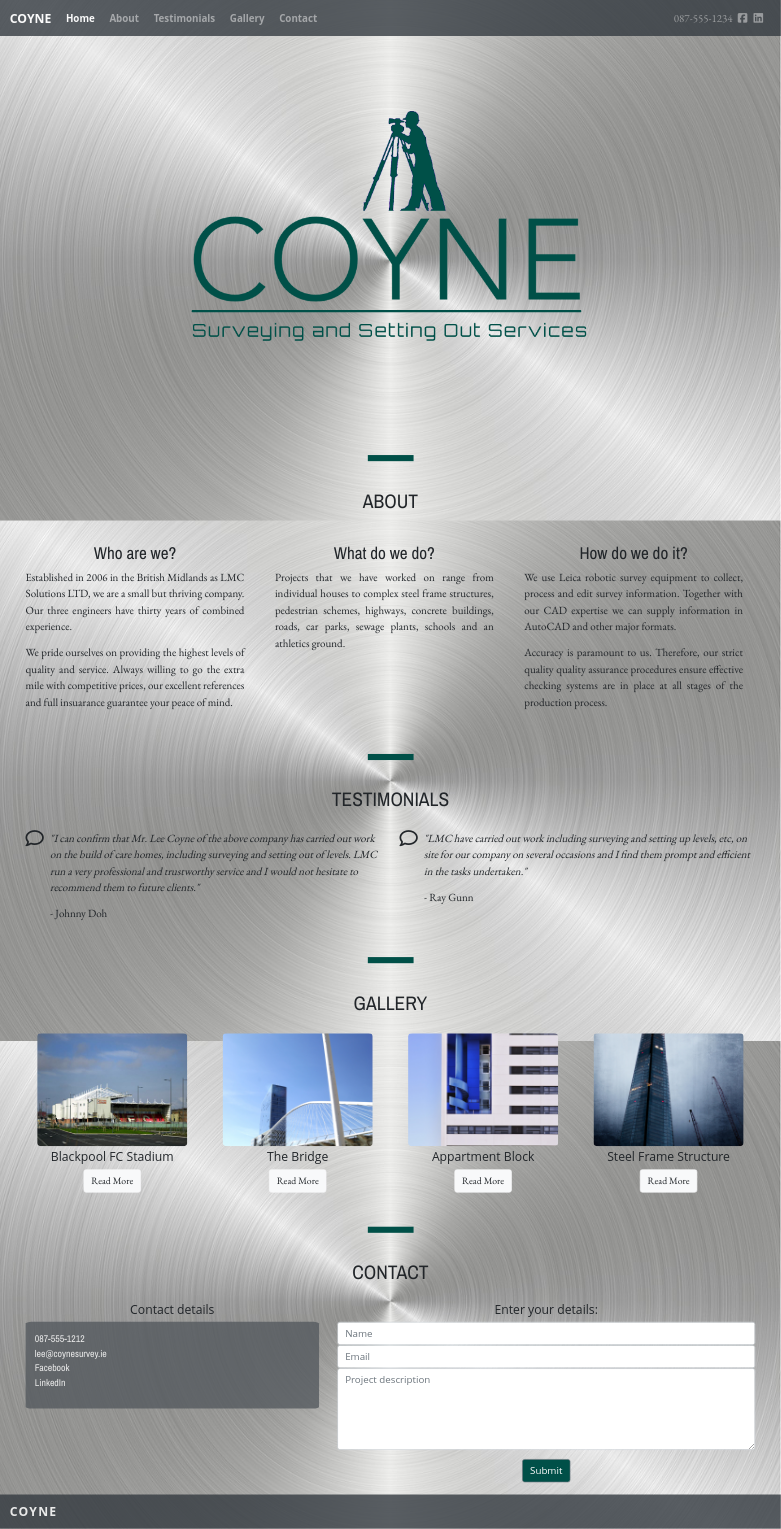
Repository: Leo-Cullen/first-milestone-project
Page: index.html
The author's editor kept a record of every edit. The page is drawn from the files as they stood at one moment, then again after the next edit.
The browser window is 1280 px wide. The pictures show the whole page, at 61% of full size.
Backgrounds fixed to the window are drawn as part of the page. Some web libraries are served in a nearby version.

Above is the page before.

### index.html
<!DOCTYPE html>
<html lang="en">

<head>
    <meta charset="UTF-8">
    <meta name="viewport" content="width=device-width, initial-scale=1.0">
    <meta http-equiv="X-UA-Compatible" content="ie=edge">
    <link rel="stylesheet" href="https://stackpath.bootstrapcdn.com/bootstrap/4.3.1/css/bootstrap.min.css" integrity="sha384-ggOyR0iXCbMQv3Xipma34MD+dH/1fQ784/j6cY/iJTQUOhcWr7x9JvoRxT2MZw1T" crossorigin="anonymous">
    <link href="https://fonts.googleapis.com/css?family=Archivo+Narrow|EB+Garamond&display=swap" rel="stylesheet">
    <link rel="stylesheet" href="assets/css/style.css" type="text/css" />
    <title>Coyne | Surveying and setting out services</title>
    <script src="https://kit.fontawesome.com/c525f812d6.js"></script>
</head>

<body>

    <nav class="navbar top-navbar navbar-expand-sm navbar-dark bg-dark fixed-top">
        <a class="navbar-brand" href="#"> COYNE </a>

        <button class="navbar-toggler" type="button" data-toggle="collapse" data-target="#navbarNav" aria-controls="navbarNav" aria-expanded="false" aria-label="Toggle navigation">
            <span class="navbar-toggler-icon"></span>
        </button>
        <div class="collapse navbar-collapse" id="navbarNav">
            <ul class="navbar-nav mr-auto">
                <li class="nav-item active">
                    <a class="active nav-link mr-2" href="#">Home <span class="sr-only">(current)</span></a>
                </li>
                <li class="nav-item mr-2">
                    <a class="nav-link" href="#about">About</a>
                </li>
                <li class="nav-item mr-2">
                    <a class="nav-link" href="#testimonials">Testimonials</a>
                </li>
                <li class="nav-item mr-2">
                    <a class="nav-link" href="#gallery-anchor">Gallery</a>
                </li>
                <li class="nav-item mr-2">
                    <a class="nav-link" href="#contact">Contact</a>
                </li>
            </ul>
            <div class="d-none d-md-block">
                <p class="navbar-text my-auto mr-2">087-555-1234 <i class="fab fa-facebook-square icon"></i><i class="fab fa-linkedin icon"></i></p>
            </div>
        </div>
    </nav>

    <div class="container-fluid  splash-container">
        <div class="row">
            <div class="col-12">
                <section class="splash jumbotron">
                    <img src="assets/images/coyne-logo.png" width="100%" height="100%" style="margin-top:100px" />
                    <!--  -->
                </section>
            </div>
        </div>
    </div>

    <div class="container-fluid about-container content-container">
        <!-- About section -->
        <hr id="about" />
        <section class="about-section">
            <div class="row">
                <div class="col-12 page-header">
                    <h2 class="text-uppercase section-heading">About</h2>
                </div>
            </div>
            <div class="row">
                <div class="col-12 col-md-6 col-lg-4">
                    <div class="about-col">
                        <h3 class="about-heading">Who are we?</h3>
                        <p>Established in 2006 in the British Midlands as LMC Solutions LTD, we are a small but thriving company. Our three engineers have thirty years of combined experience.</p>
                        <p>We pride ourselves on providing the highest levels of quality and service. Always willing to go the extra mile with competitive prices, our excellent references and full insuarance guarantee your peace of mind.</p>
                    </div>
                </div>
                <div class="col-12 col-md-6 col-lg-4">
                    <div class="about-col">
                        <h3 class="about-heading">What do we do?</h3>
                        <p>Projects that we have worked on range from individual houses to complex steel frame structures, pedestrian schemes, highways, concrete buildings, roads, car parks, sewage plants, schools and an athletics ground.</p>
                    </div>
                </div>
                <div class="col-12 col-md-6 col-lg-4">
                    <div class="about-col">
                        <h3 class="about-heading">How do we do it?</h3>
                        <p>We use Leica robotic survey equipment to collect, process and edit survey information. Together with our CAD expertise we can supply information in AutoCAD and other major formats.</p>
                        <p>Accuracy is paramount to us. Therefore, our strict quality quality assurance procedures ensure effective checking systems are in place at all stages of the production process.</p>
                    </div>
                </div>
            </div>
        </section>
        <!-- / About section -->
    </div>
    <!-- / About container -->

    <div class="container-fluid testimonials-container content-container">
        <!-- Testimonials section -->
        <hr id="testimonials" />
        <section class="testimonials">
            <div class="row">
                <div class="col-12 page-header">
                    <h2 class="text-uppercase section-heading">Testimonials</h2>
                </div>
            </div>
            <div class="row">
                <div class="col-12 col-md-6">
                    <div class="media">
                        <i class="far fa-comment" class="mr-3"></i>
                        <blockquote class="blockquote">
                            <p class="quote">"I can confirm that Mr. Lee Coyne of the above company has carried out work on the build of care homes, including surveying and setting out of levels. LMC run a very professional and trustworthy service and I would not hesitate
                                to recommend them to future clients."</p>
                            <p>- Johnny Doh</p>
                        </blockquote>
                    </div>
                </div>
                <div class="col-12 col-md-6">
                    <div class="media">
                        <i class="far fa-comment" class="mr-3"></i>
                        <blockquote class="blockquote">
                            <p class="quote">"LMC have carried out work including surveying and setting up levels, etc, on site for our company on several occasions and I find them prompt and efficient in the tasks undertaken."</p>
                            <p>- Ray Gunn</p>
                        </blockquote>
                    </div>
                </div>
            </div>
        </section>
        <!-- / Testimonials section -->
    </div>
    <!-- / Testimonials container -->

    <!-- Gallery container -->
    <div class="container-fluid gallery-container content-container">
        <hr id="gallery-anchor" />
        <section class="gallery">
            <div class="row">
                <div class="col-12 page-header">
                    <h2 class="text-uppercase section-heading">Gallery</h2>
                </div>
            </div>
            <div class="row">
                <div class="col-md-6 col-xl-3">
                    <img class="img-responsive" src="assets/images/blackpool-fc.jpg" />
                    <h5>Blackpool FC Stadium</h5>
                    <p><a class="btn btn-small btn-light" href="#">Read More</a></p>
                </div>
                <div class="col-md-6 col-xl-3">
                    <img class="img-responsive" src="assets/images/bridge-640x480.jpg" />
                    <h5>The Bridge</h5>
                    <p><a class="btn btn-small btn-light" href="#">Read More</a></p>
                </div>
                <div class="col-md-6 col-xl-3">
                    <img class="img-responsive" src="assets/images/appartments-640x480.jpg" />
                    <h5>Appartment Block</h5>
                    <p><a class="btn btn-small btn-light" href="#">Read More</a></p>
                </div>
                <div class="col-md-6 col-xl-3">
                    <img class="img-responsive" src="assets/images/skyscraper-640x480.jpg" />
                    <h5>Steel Frame Structure</h5>
                    <p><a class="btn btn-small btn-light" href="#">Read More</a></p>
                </div>
            </div>
        </section>
    </div>
    <!-- / Gallery container -->

    <!-- Contact container -->
    <div class="container-fluid contact-container content-container">
        <hr id="contact" />
        <section class="contact-section">
            <div class="row">
                <div class="col-12 page-header">
                    <h2 class="text-uppercase section-heading">CONTACT</h2>
                </div>
            </div>
            <div class="row bg-color-contact">

                <div class="col-md-5">
                    <h5 class="uppercase text-center">Contact details</h5>
                    <div class="contact-details">
                        <span>087-555-1212</span>
                        <span>lee@coynesurvey.ie</span>
                        <span><a class="contact-link" href="https://www.facebook.com" target="_blank">Facebook</a></span>
                        <span><a class="contact-link" href="https://www.linkedin.com" target="_blank">LinkedIn</a></span>
                        <p></p>
                        <p></p>
                        <p></p>
                    </div>

                </div>
                <div class="col-md-7 center-form">
                    <h5 class="uppercase text-center">Enter your details:</h5>
                    <form>
                        <input type="text" name="name" id="fullname" class="form-control" placeholder="Name" required />
                        <input type="email" name="email" id="emailaddress" class="form-control" placeholder="Email" required />
                        <textarea rows="5" name="projectsummary" id="projectsummary" class="form-control" placeholder="Project description" required></textarea>
                        <div class="form-row text-center">
                            <div class="col">
                                <button type="submit" class="btn btn-secondary">Submit</button>
                            </div>
                        </div>
                    </form>
                </div>
            </div>

        </section>
    </div>
    <!-- / Contact container -->

    <!-- Footer -->
    <nav class="navbar bottom-navbar navbar-expand-sm navbar-dark bg-dark">
        <a class="navbar-brand" href="#">COYNE</a>
    <!-- / Footer -->

    <script src="https://code.jquery.com/jquery-3.3.1.slim.min.js" integrity="sha384-q8i/X+965DzO0rT7abK41JStQIAqVgRVzpbzo5smXKp4YfRvH+8abtTE1Pi6jizo" crossorigin="anonymous"></script>
    <script src="https://cdnjs.cloudflare.com/ajax/libs/popper.js/1.14.7/umd/popper.min.js" integrity="sha384-UO2eT0CpHqdSJQ6hJty5KVphtPhzWj9WO1clHTMGa3JDZwrnQq4sF86dIHNDz0W1" crossorigin="anonymous"></script>
    <script src="https://stackpath.bootstrapcdn.com/bootstrap/4.3.1/js/bootstrap.min.js" integrity="sha384-JjSmVgyd0p3pXB1rRibZUAYoIIy6OrQ6VrjIEaFf/nJGzIxFDsf4x0xIM+B07jRM" crossorigin="anonymous"></script>

</body>

</html>

### assets/css/style.css
/*body,html {
    height: 100%;
    width:100%;
    margin: 0px;
}
*/
body {
    font-family: "Open Sans", sans-serif;
    background: url(../images/circular-metal-960x720.jpg) no-repeat center center fixed;
    -webkit-background-size: cover;
    -moz-background-size: cover;
    -o-background-size: cover;
    background-size: cover;


    overflow-x: hidden; /* remove horizontal scrollbar */
}

h1,h2,h3 {
    font-family: 'Archivo Narrow', sans-serif;
}

p {
    font-family: 'EB Garamond', serif;
    font-size: large;
}

.icon {
    margin: 0 5px 0;
}

/*------------------------------------------------------------------- navbar */

.navbar {
    opacity: 0.8;
}

.navbar-brand {
    font-weight: bold;
}

.top-navbar a {
    font-weight: bold;
}

.navbar-toggler {
    background-color: #005048;
}

/*-------------------------------------------------------------------general styles */

.page-header {
    margin-top: 0;
    margin-bottom: 0;
    text-align: center;
}

.page-header h2 {
    margin-top: 30px;
    margin-bottom: 30px;
}

hr {
    width: 75px;
    height: 10px;
    border: 0;
    background-color: #005048; /* dark green */
}

.section-heading {
    text-align: center;
}

.content-container {
    margin-bottom: 20px;
    margin: 0 auto;
    max-width: 95%; /* keep all content within screen  */
}

/*------------------------------------------------------------------- splash */

.splash-container {
     height: 100vh;
    display: flex;
    align-items: center;
    justify-content: center;
    position: relative;
}


.jumbotron {
   background-color: transparent;
   margin: 0;
}

/*------------------------------------------------------------------- about */

.about-container {
    margin-top: 00px;
    padding: 10px;
}

.about-col {
    padding-top: 20px;
    padding-right: 20px;
}

.about-heading {
    text-align: center;
}

.about-col p {
    text-align: justify;
}

/*-------------------------------------------------------------------testimonials */

.testimonials-container {
    margin-top: 20px;
    padding: 10px;
}

.quote {
    font-style: italic;
}

.testimonials i {
    font-size: 30px;
    margin-right: 10px;
}

/*-------------------------------------------------------------------gallery */

.gallery-container {
    text-align: center;
}

.gallery-container img {
    border-radius: 3%;
    /* border: solid 3px #525252; */
}

.gallery-container h5 {
    padding-top: 6px;
}

.gallery-container p {
    margin-bottom: 30px;
}

/*-------------------------------------------------------------------contact */

.contact-container {
    padding: 10px;
    text-align: center;
    padding-bottom: 0;
}

.img-responsive {
    max-width: 90%;
}

.contact-container i {
    font-size: 20px;
}

.contact-container p {
    font-size: 24px;
    letter-spacing: 2px;
}

.contact-details {
    background-color: #555a5f;
    opacity: 0.8;
}

.center-form .contact-details {
    padding-top: 10px;
    margin: 0 auto;
    max-width: 65%;
}

.contact-details {
    border-radius: 2%;
    text-align: left;
    padding-left: 15px;
    padding-top: 15px;
    padding-bottom: 15px;
    color: #fff;

}

.contact-details span {
    display: block;
    padding: 0;
    font-family: 'Archivo Narrow', sans-serif;
}


.contact-details a {
    color: #fff;
}

button[type="submit"] {
    margin-top: 15px;
    margin-bottom: 20px;
    background-color: #005048;
}

.bottom-navbar {
    margin: 0;
    letter-spacing: 2px;
    opacity: 0.8;
}

After the next edit:
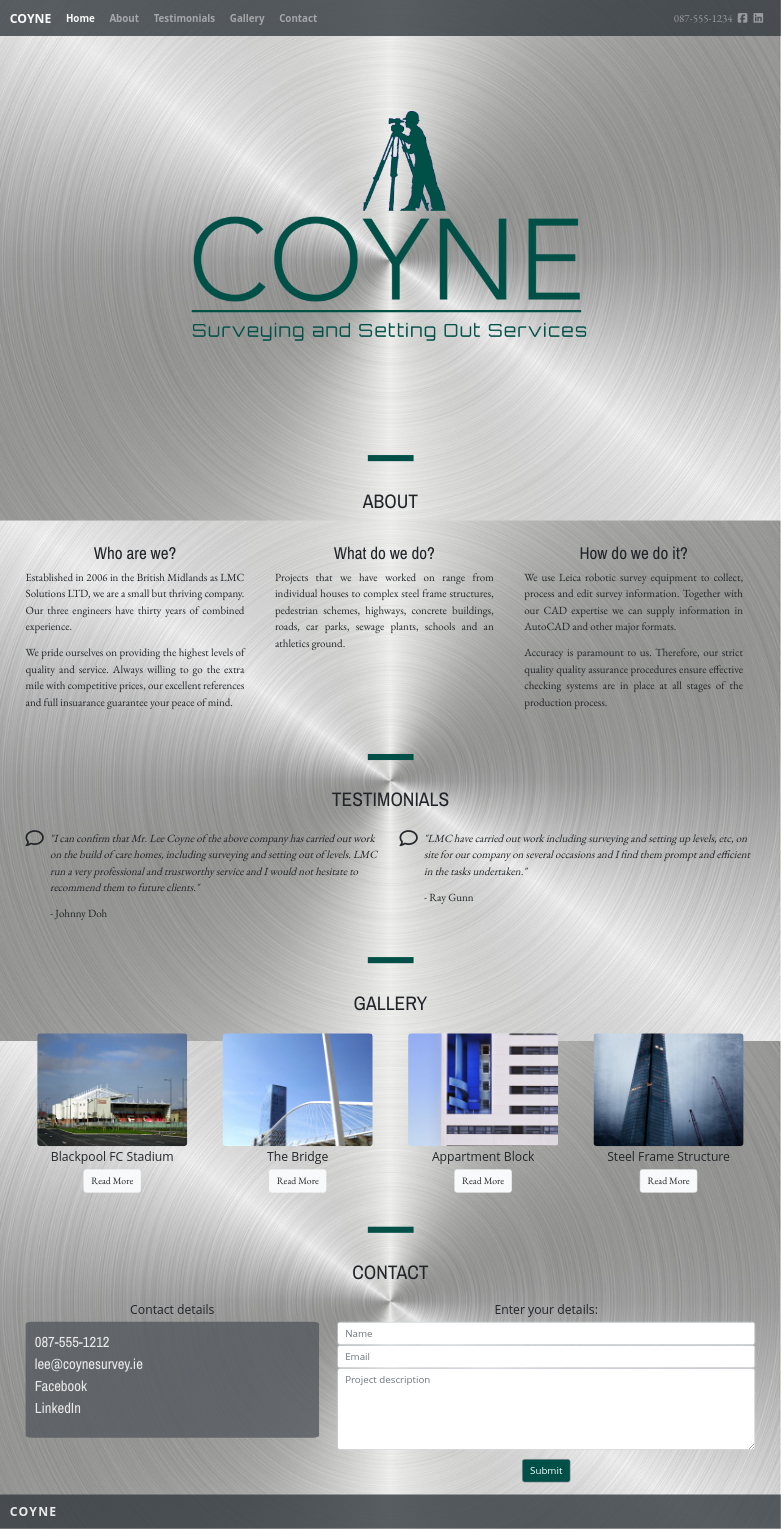
The edit:
--- a/assets/css/style.css
+++ b/assets/css/style.css
@@ -194,6 +194,7 @@
     display: block;
     padding: 0;
     font-family: 'Archivo Narrow', sans-serif;
+    font-size: x-large;
 }
 
 
